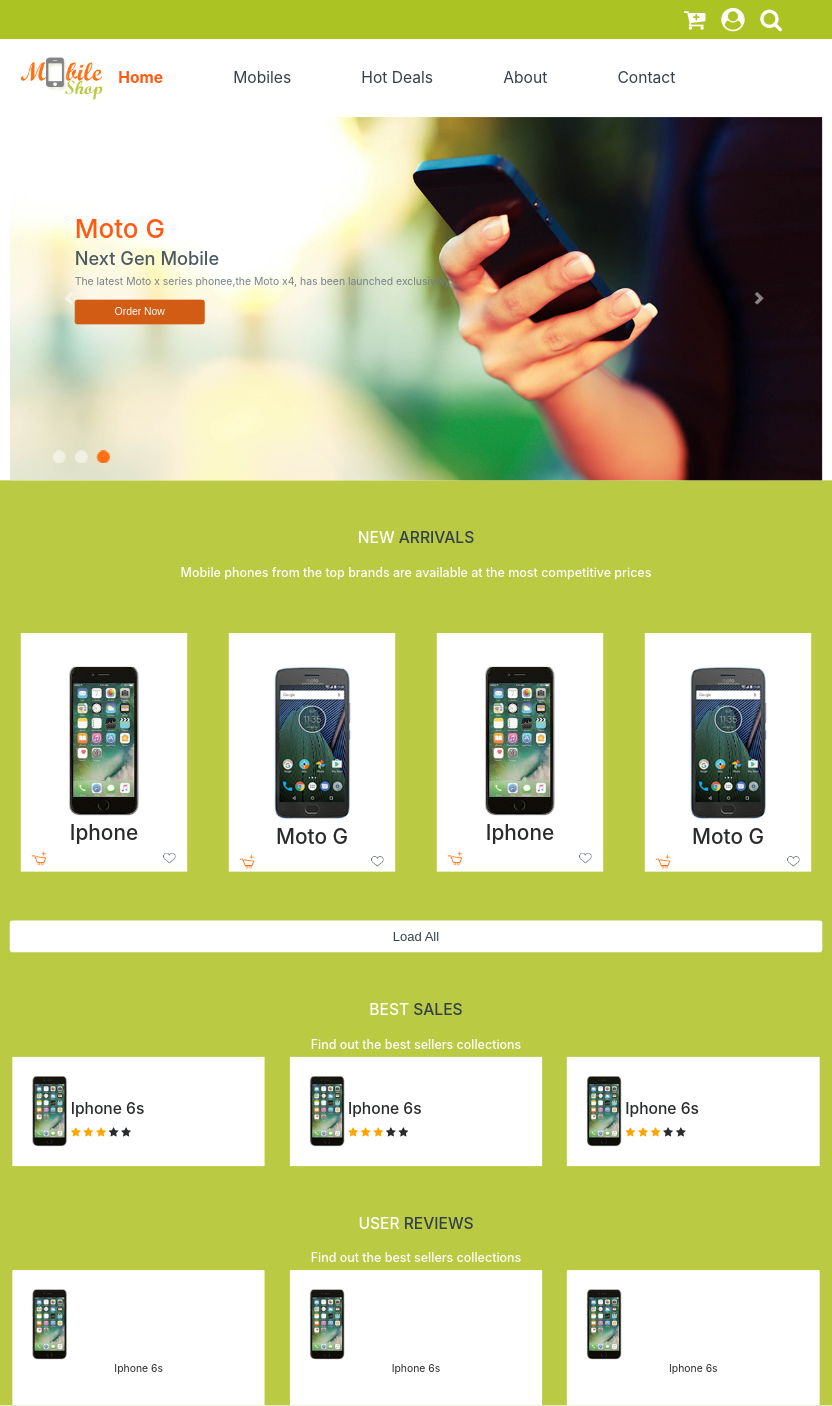
Repository: rajmohanr/mobile
Page: index.html
The author's editor kept a copy of each file at every save. The page is drawn from the files as they stood at one save, then again after the next save.
The browser window is 1280 px wide. The pictures show the whole page, at 65% of full size.

Above is the page before, as saved 2018-04-04 22:17:28.
Console error (its wording comes from the project's code and is left out).

After the next save:
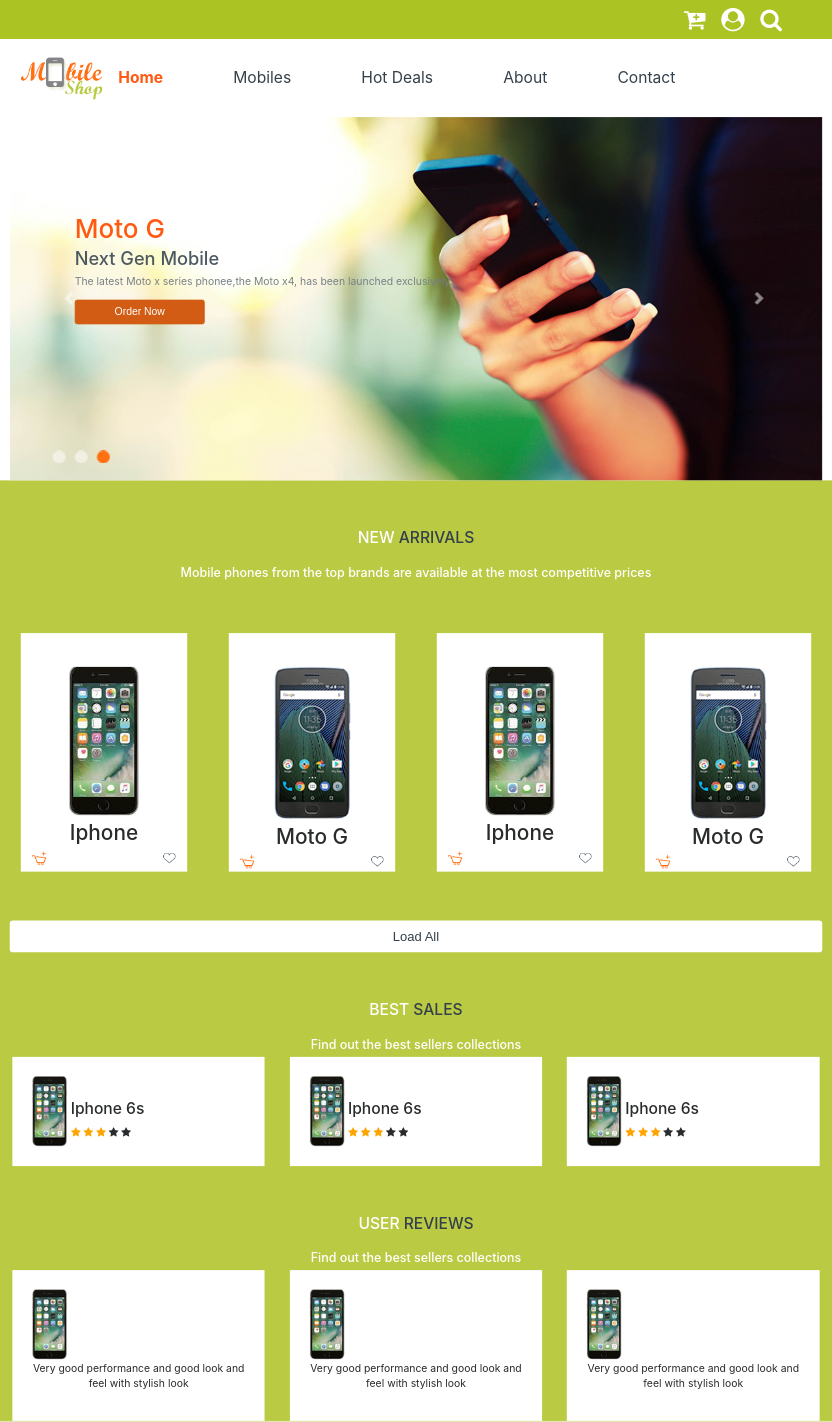
Saved 52 s later.
--- a/index.html
+++ b/index.html
@@ -284,7 +284,7 @@
 					<div class="col-md-4 inner-section">
 						<img alt="mobile" src="images/thumbnailmobile.png" />
 						<p class="text-center">
-								Iphone 6s
+							Very good performance and good look and feel with stylish look
 						</p>
 
 
@@ -292,14 +292,14 @@
 					<div class="col-md-4 inner-section">
 						<img alt="mobile" src="images/thumbnailmobile.png"  />
 						<p class="text-center">
-								Iphone 6s
+							Very good performance and good look and feel with stylish look
 						</p>
 
 					</div>
 					<div class="col-md-4 inner-section">
 						<img alt="mobile" src="images/thumbnailmobile.png"  />
 						<p class="text-center">
-								Iphone 6s
+							Very good performance and good look and feel with stylish look
 						</p>
 
 					</div>
